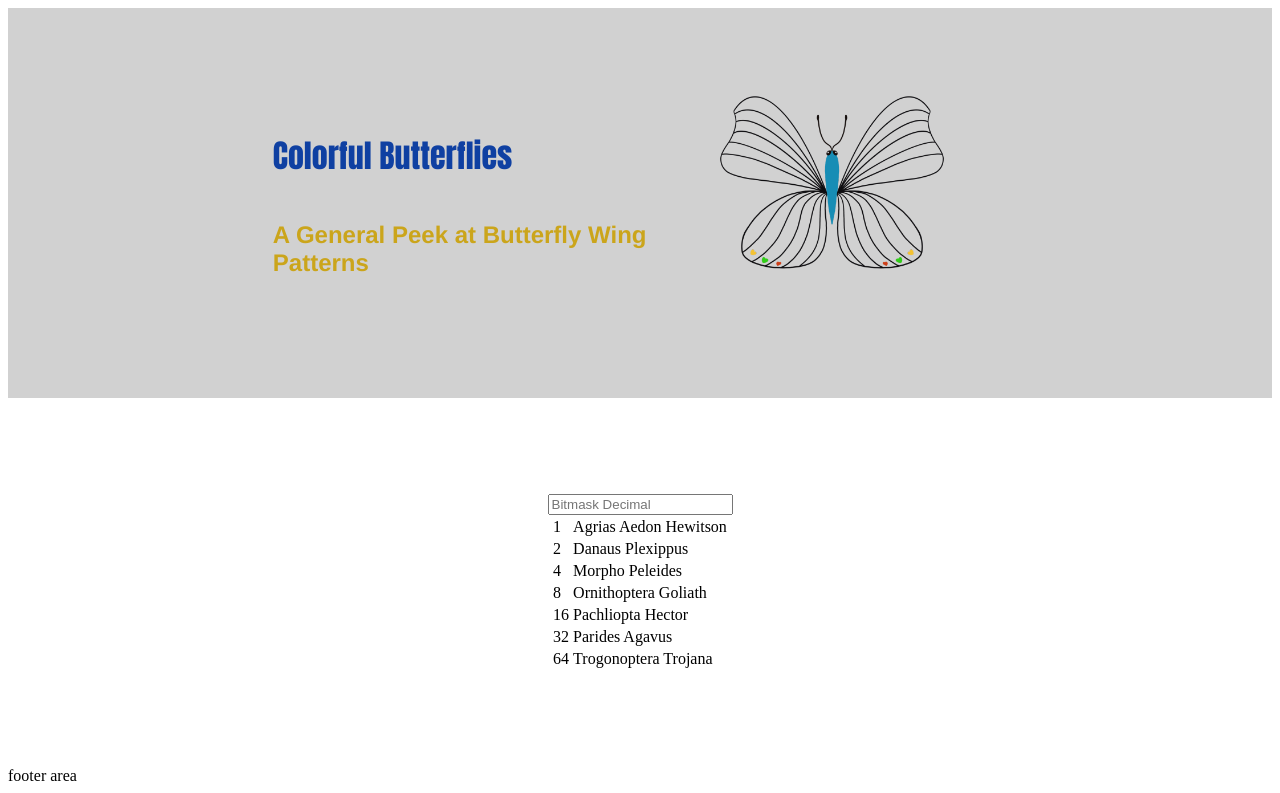
Repository: MeowCeline00/assessment-2
Page: /
An editor plug-in stored every save of this project. The page is shown before and after the next save, followed by the edit.
The browser window is 1280 px wide. The pictures show the whole page.
The project was rebuilt for these pictures with package versions that can differ from the ones it lists, and the page was loaded fresh each time. The framework's server and built-in components were replaced by stand-ins that run in the browser. Also part of the build but not shown: next.config.mjs.

Above is the page before, as saved 2024-02-07 22:14:47.

### pages/index.js
import Head from "next/head";
import { useState } from "react";
import styles from "@/styles/Home.module.css";
import Header from "@/Components/Header";


export default function Home() {

  // Butterfly Patterns
  const classFilters = {
    //key : value
    1: 'Agrias Aedon Hewitson',
    2: 'Danaus Plexippus',
    4: 'Morpho Peleides',
    8: 'Ornithoptera Goliath',
    16: 'Pachliopta Hector',
    32: 'Parides Agavus',
    64: 'Trogonoptera Trojana'
  }

  const [input, setInput] = useState();
                                    // 3
                                    // 2 & 2 Remainder 1
                                    // 1 & 1 Remainder 0
                                    // 9
                                    // 8 & 8 Remainder 1
                                    // 1 & 1 Remainder 0
  const getClassStyle = flagValue => (input & flagValue) > 0 ? {backgroundColor: 'yellow'} : null;

  return (
    <>
      <Head>
        <title>General View of Butterfly Wing Patterns</title>
        <meta name="description" content="General View of Butterfly Wing Patterns" />
        <meta name="viewport" content="width=device-width, initial-scale=1" />
        <link rel="icon" href="/butt_favicon.ico" />
      </Head>
      <Header />
      <main className={`${styles.main}`}>
       <input
       id="input"
       type="text"
       placeholder='Bitmask Decimal'
       value={input}
       onChange={event => setInput(event.target.value)}
       />
       <table>
        <tbody>
          {
            Object.keys(classFilters).map(item => (
              <tr key={item} style={getClassStyle(item)}>
                <td>{item}</td>
                <td>{classFilters[item]}</td>
              </tr>
            ))
          }
        </tbody>
       </table>
      </main>
      <footer>footer area</footer>
    </>
  );
}

### styles/globals.css
:root {
    --h1: rgb(15, 64, 162);
    --h2: rgb(203, 165, 27);
    --header-background: #d1d1d1;

}

### styles/Home.module.css
.main {
  display: flex;
  flex-direction: column;
  justify-content: space-between;
  align-items: center;
  padding: 6rem;
  min-height: 20vh;
}

### Components/Header/index.js
import Image from 'next/image';
import styles from './Header.module.css';

export default function Header() {
    return (
        <header className={styles.header}>
            <div className={styles.titleArea}>
                <h1> Colorful Butterflies</h1>
                <h2> A General Peek at Butterfly Wing Patterns</h2>
            </div>
            <div className={styles.logoArea}>
                <img src={"/logo.png"} alt="Butterfly Logo" width={350} />
            </div>
        </header>
    );
}

### Components/Header/Header.module.css
.header {
    display: flex;
    justify-content: space-between;
    align-items: center;
    padding: 20px;
    background-color: var(--header-background);
}

.titleArea {
    display: flex;
    flex-direction: column;
    padding-left: 20%;
}

.titleArea h1 {
    color: rgb(15, 64, 162);
    font-size: xx-large;
    font-family: Impact, Haettenschweiler, 'Arial Narrow Bold', sans-serif;
}

.titleArea h2 {
    color: rgb(203, 165, 27);
    font-family: 'Franklin Gothic Medium', 'Arial Narrow', Arial, sans-serif;
}

.logoArea {
  display: flex;
  padding-right: 20%;
}

Loaded but not shown: pages/_app.js (common file); pages/_document.js (common file)

After the next save:
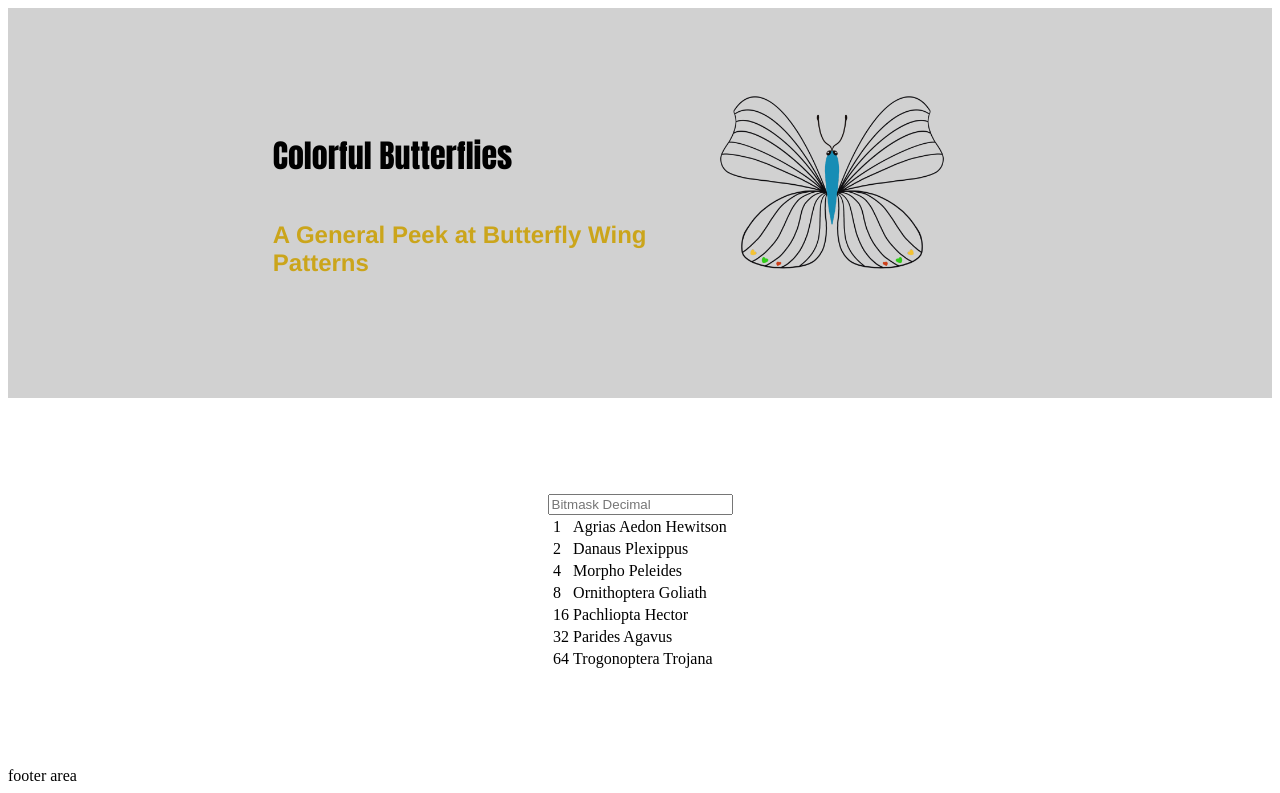
Saved 9 s later.
--- a/Components/Header/Header.module.css
+++ b/Components/Header/Header.module.css
@@ -13,7 +13,7 @@
 }
 
 .titleArea h1 {
-    color: rgb(15, 64, 162);
+    color: var();
     font-size: xx-large;
     font-family: Impact, Haettenschweiler, 'Arial Narrow Bold', sans-serif;
 }
